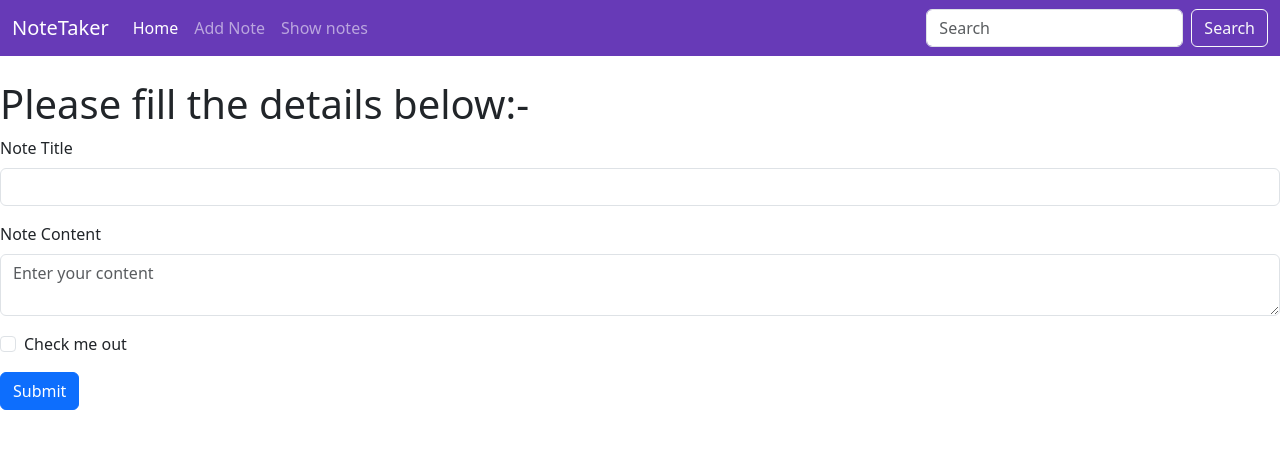
Repository: smritihbtu/Note-Maker
Page: http://localhost/NoteTaker/add_notes.jsp
The author's editor kept a copy of each file at every save. The page is drawn from the files as they stood at one save, then again after the next save.
The browser window is 1280 px wide. The pictures show the whole page.
The page is served by Tomcat 9. Other server files are loaded and not shown.

Above is the page before, as saved 2023-08-20 06:53:41.

### NoteTaker/src/main/webapp/add_notes.jsp
<%@ page language="java" contentType="text/html; charset=ISO-8859-1"
    pageEncoding="ISO-8859-1"%>
<!DOCTYPE html>
<html>
<head>
<meta charset="ISO-8859-1">
<meta charset="utf-8">
    <meta name="viewport" content="width=device-width, initial-scale=1">
    <title>Bootstrap demo</title>
    <link rel="stylesheet" href="css/style.css" />
  <link href="https://cdn.jsdelivr.net/npm/bootstrap@5.3.1/dist/css/bootstrap.min.css" rel="stylesheet" integrity="sha384-4bw+/aepP/YC94hEpVNVgiZdgIC5+VKNBQNGCHeKRQN+PtmoHDEXuppvnDJzQIu9" crossorigin="anonymous">

<title>Insert title here</title>
</head>
<body>
<div class="container-fluid p-0 m-0">
<%@include file="navbar.jsp" %>
</div>
<br>
<h1>Please fill the details below:-</h1>

<!-- form added  -->

<form action="SaveNoteServlet" method="post" >
  <div class="mb-3">
    <label for="title" class="form-label">Note Title</label>
    <input type="text" class="form-control" id="title" aria-describedby="emailHelp">
  </div>

  <div class="mb-3">
    <label for="exampleInputPassword1" class="form-label">Note Content</label>
    <textarea id="content" placeholder= "Enter your content"
    class="form-control"></textarea>
  </div>
  <div class="mb-3 form-check">
    <input type="checkbox" class="form-check-input" id="exampleCheck1">
    <label class="form-check-label" for="exampleCheck1">Check me out</label>
  </div>
  <button type="submit" class="btn btn-primary">Submit</button>
</form>

</body>
</html>

### NoteTaker/src/main/webapp/navbar.jsp
<nav class="navbar navbar-expand-lg navbar-dark purple">
  <div class="container-fluid">
    <a class="navbar-brand" href="#">NoteTaker</a>
    <button class="navbar-toggler" type="button" data-bs-toggle="collapse" data-bs-target="#navbarSupportedContent" aria-controls="navbarSupportedContent" aria-expanded="false" aria-label="Toggle navigation">
      <span class="navbar-toggler-icon"></span>
    </button>
    <div class="collapse navbar-collapse" id="navbarSupportedContent">
      <ul class="navbar-nav me-auto mb-2 mb-lg-0">
        <li class="nav-item">
          <a class="nav-link active" aria-current="page" href="index.jsp">Home</a>
        </li>
        <li class="nav-item">
          <a class="nav-link" href="add_notes.jsp">Add Note</a>
        </li>

        <li class="nav-item">
          <a class="nav-link " href="all_notes.jsp">Show notes</a>
        </li>
      </ul>
      <form class="d-flex" role="search">
        <input class="form-control me-2" type="search" placeholder="Search" aria-label="Search">
        <button class="btn btn-outline-light" type="submit">Search</button>
      </form>
    </div>
  </div>
</nav>
</html>

### NoteTaker/src/main/webapp/css/style.css
.purple{
	background :#673ab7;
}
/* .container{
	background-color: red;
} */

After the next save:
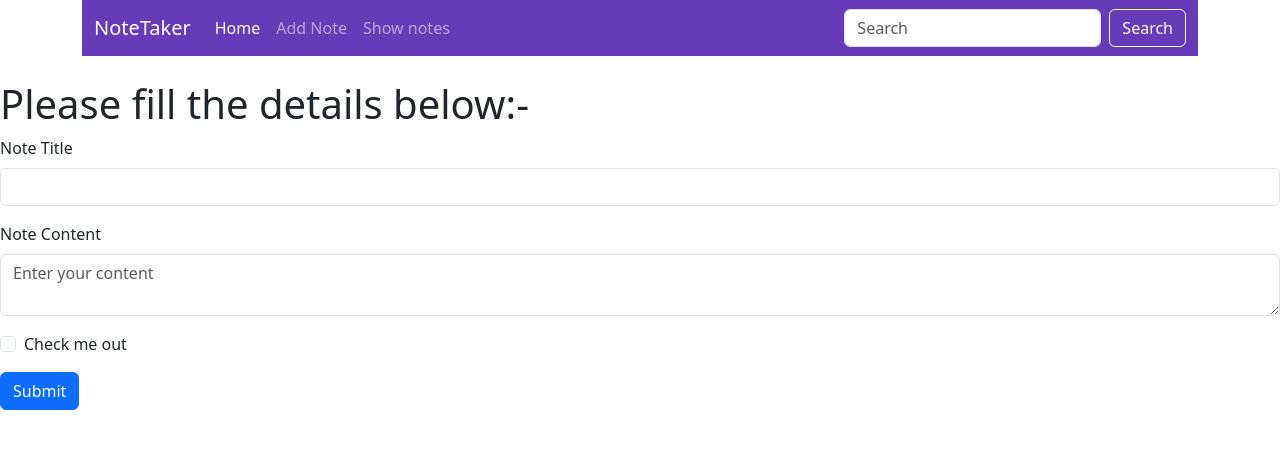
Saved 48 s later.
--- a/NoteTaker/src/main/webapp/add_notes.jsp
+++ b/NoteTaker/src/main/webapp/add_notes.jsp
@@ -13,7 +13,7 @@
 <title>Insert title here</title>
 </head>
 <body>
-<div class="container-fluid p-0 m-0">
+<div class="container">
 <%@include file="navbar.jsp" %>
 </div>
 <br>
